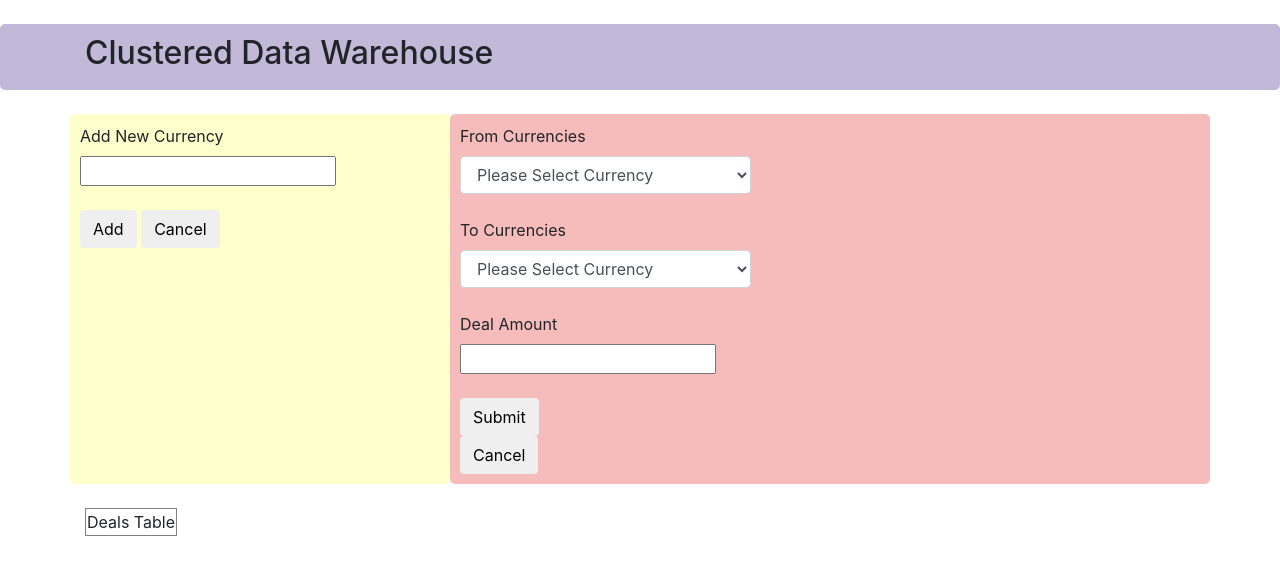
Repository: AlhassanAbuGhazaleh/ProgressSoftProject
Page: http://localhost/Clustered_Data__Alhasan_Abu_Ghazaleh_/WEB-INF/views/home.jsp
These files come from the project's save history. The page is drawn as it stood at one moment and after the next save; the edit follows.
The browser window is 1280 px wide. The pictures show the whole page.
The page is served by Tomcat 9. Nobody is signed in. Other server files are loaded and not shown. The template is opened directly, without the code that normally fills it, so the values that code supplies are empty.

Above is the page before, as saved 2020-10-10 08:34:27.
Console error: ReferenceError: $ is not defined

### Clustered Data (Alhasan Abu Ghazaleh)/src/main/webapp/WEB-INF/views/home.jsp
<%@page contentType="text/html" pageEncoding="UTF-8" isELIgnored="false"%>
<!DOCTYPE HTML PUBLIC "-//W3C//DTD HTML 4.01 Transitional//EN"
   "http://www.w3.org/TR/html4/loose.dtd">

<html>
<head>
<link rel="stylesheet"
	href="https://maxcdn.bootstrapcdn.com/bootstrap/4.0.0/css/bootstrap.min.css"
	integrity="sha384-Gn5384xqQ1aoWXA+058RXPxPg6fy4IWvTNh0E263XmFcJlSAwiGgFAW/dAiS6JXm"
	crossorigin="anonymous">

<%@ taglib prefix="c" uri="http://java.sun.com/jsp/jstl/core"%>
<%@ taglib prefix="fmt" uri="http://java.sun.com/jsp/jstl/fmt"%>
<%@ taglib prefix="fn" uri="http://java.sun.com/jsp/jstl/functions"%>
<%@ taglib prefix="s" uri="http://www.springframework.org/tags"%>
<%@page import="java.util.Calendar"%>
<%@page import="java.util.GregorianCalendar"%>

<script src="<c:url value="/resources/js/home.js"></c:url>"
	type="text/javascript"></script>


<meta http-equiv="Content-Type" content="text/html; charset=ISO-8859-1">

<title>Clustered Data Warehouse</title>
</head>
<body>
	<br>
	<div class="col-sm-12"
		style="border-radius: 5px; background-color: #C2B8D7; padding: 10px;">
		<div class="container">
			<div style="align-content: center">
				<h2>Clustered Data Warehouse</h2>
			</div>
		</div>
	</div>
	<br>
	<div class="container">
		<div class="row">
			<div class="col-sm-4"
				style="border-radius: 5px; background-color: #FFFFCC; padding: 10px;">
				<form id="addCurrencyForm">
					<div class="row">
						<div class="col-md-6">
							<label class="control-label">Add New Currency</label> <input
								type="text" name="currency" id="currency">
						</div>
					</div>
					<br>
					<div class="row">
						<div class="col-md-6">
							<button type="submit" class="btn blue" id="addCurrency">Add</button>
							<button type="button" class="btn default" id="cancelAddCurrency">Cancel</button>
						</div>
					</div>

				</form>
			</div>

			<div class="col-sm-8"
				style="border-radius: 5px; background-color: #F6BCBC; padding: 10px;">
				<form id="DealForm">
					<div class="row">
						<div class="col-md-5">
							<label class="control-label">From Currencies</label> <select
								onchange="updateToCurrencies()" class="form-control"
								id="fromCurrency" name="fromCurrency">
								<option selected>Please Select Currency</option>
								<c:forEach items="${currencies}" var="currency">
									<option value="${currency}">${currency.currencyName}</option>
								</c:forEach>
							</select>
						</div>
					</div>
					<br>
					<div class="row">
						<div class="col-md-5">
							<label class="control-label">To Currencies</label> <select
								class="form-control" id="toCurrency" name="toCurrency">
								<option selected>Please Select Currency</option>
								<c:forEach items="${currencies}" var="currency">
									<option value="${currency}">${currency.currencyName}</option>
								</c:forEach>
							</select>
						</div>
					</div>
					<br>
					<div class="row">
						<div class="col-md-2">
							<label class="control-label">Deal Amount</label> <input
								type="text" name="amount" id="amount">
						</div>
					</div>
					<br>
					<div class="row">
						<div class="col-md-2">
							<div class="form-actions">
								<button type="submit" class="btn blue" id="submitBtn">Submit</button>
								<button type="button" class="btn default" id="cancelBtn">Cancel</button>
							</div>
						</div>
					</div>
				</form>
			</div>

		</div>
	</div>
	<br>
	<div class="container">
		<div class="form-group">
			<table id="currenciesTable" border="1">
				<thead class="dataTableHeader">
					<tr>
						<td>Deals Table</td>
					</tr>
				</thead>
				<tbody>
					<c:forEach items="${currencies}" var="currency">
						<c:if test="${not empty currency}">
							<tr>
								<td>${currency.currencyName}</td>
							</tr>
						</c:if>
						<c:if test="${empty currency}">
							<tr>
								<td>There's No Currencies</td>
							</tr>
						</c:if>
					</c:forEach>
				</tbody>
			</table>
		</div>
	</div>
</body>
</html>

### Clustered Data (Alhasan Abu Ghazaleh)/src/main/webapp/resources/js/home.js
$(document).ready(
		function() {

			$("#cancelBtn").click(function() {
				window.location.href = '../home';
			});

			$("#taskForm").on(
					'submit',
					function(e) {
						e.preventDefault();
						if (validateForm()) {
							submitTaskForm();
						} else {
							toastrNotification("error",
									"Please fill the required fields.",
									"Invalid Fields", "");
						}
					});

		});

function validateForm() {
	debugger;
	var isValid = true;
	// var taskType = $("#taskType").val();
	// $("#eventKeys").val().length == 0
	// if (taskType == "CRM" || taskType == "UQUIZ" || taskType == "UMNICOIN") {
	// if (isEmpty("#eventKeys")) {
	// isValid = false;
	// }
	// } else if (taskType == "QUESTION_TEXT") {
	// if (isEmpty("#option1Text")) {
	// isValid = false;
	// }
	// if (isEmpty("#option2Text")) {
	// isValid = false;
	// }
	// }
	// if (isEmpty("#taskTitleText")) {
	// toastrNotification("error", "Please fill the title field",
	// "Invalid Fields", "");
	// isValid = false;
	// }

	return isValid;
}

function submitDealForm() {
	if (validateForm() == true) {
		formData = $('#DealForm').serialize();
		$.ajax({
			url : "../submitDeal",
			type : "POST",
			data : formData,
			complete : function() {
				console.log("complete");
			},
			success : function(ajaxNotification) {
				if (ajaxNotification.status == "success") {
					// window.location.href = "../home";
				} else {
					toastrNotification(ajaxNotification.status,
							ajaxNotification.message, ajaxNotification.title,
							"");
				}
			},
			error : function(jqXHR, textStatus, errorThrown) {
				$("#loader-wrapper").attr("style",
						"background: black; opacity: 0.6;display:none");
				console.log(jqXHR);
				console.log(textStatus);
				console.log(errorThrown);
				$('#ajax_div').hide();
			}
		});
	}
}

function updateToCurrencies() {

	var fromCurrency = $('#fromCurrency').val();
	$.ajax({
		url : "getSubTasks/" + taskType,
		type : "GET",
		complete : function() {
			console.log("complete");
		},
		success : function(subTaskList) {
			var items = '';
			for (var i = 0; i < subTaskList.length; i++) {
				items += "<option value='" + subTaskList[i].title + "' ";
				items += ">" + subTaskList[i].title + "</option>";
			}
			$("#subTask").html(items);
			// $('#eventKeys').change();
			debugger;
			$('#eventKeys').find('option').remove().end();
		},
		error : function(jqXHR, textStatus, errorThrown) {
			$("#loader-wrapper").attr("style",
					"background: black; opacity: 0.6;display:none");
			console.log(jqXHR);
			console.log(textStatus);
			console.log(errorThrown);
			$('#ajax_div').hide();
		}
	});
}

After the next save:
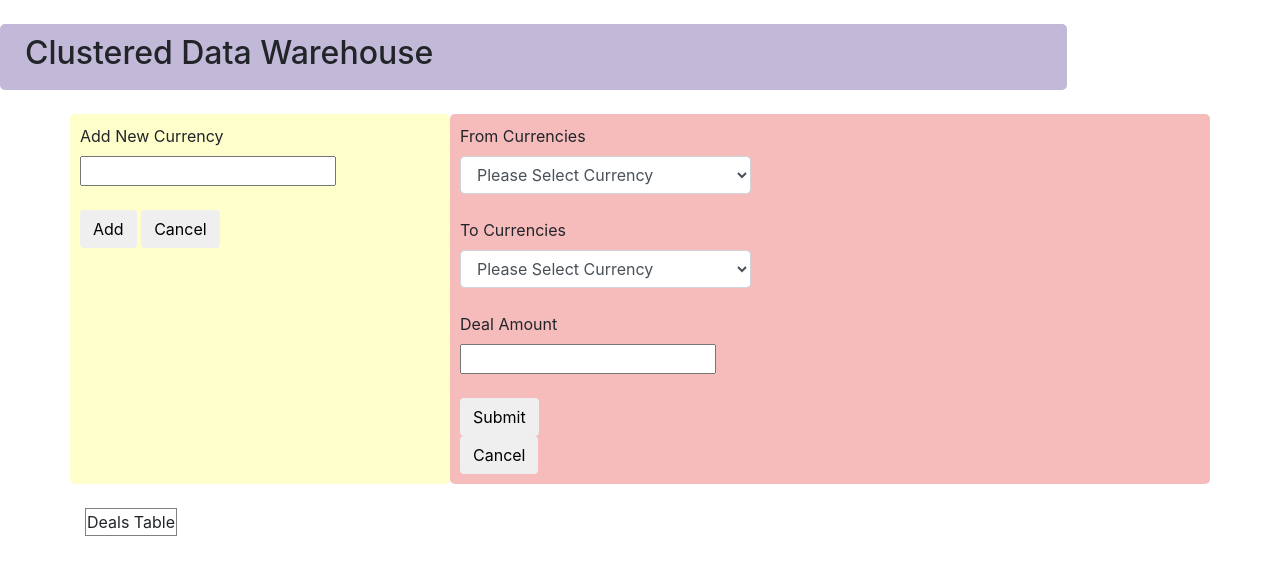
Saved 18 s later.
--- a/Clustered Data (Alhasan Abu Ghazaleh)/src/main/webapp/WEB-INF/views/home.jsp
+++ b/Clustered Data (Alhasan Abu Ghazaleh)/src/main/webapp/WEB-INF/views/home.jsp
@@ -26,7 +26,7 @@
 </head>
 <body>
 	<br>
-	<div class="col-sm-12"
+	<div class="col-sm-10"
 		style="border-radius: 5px; background-color: #C2B8D7; padding: 10px;">
 		<div class="container">
 			<div style="align-content: center">
